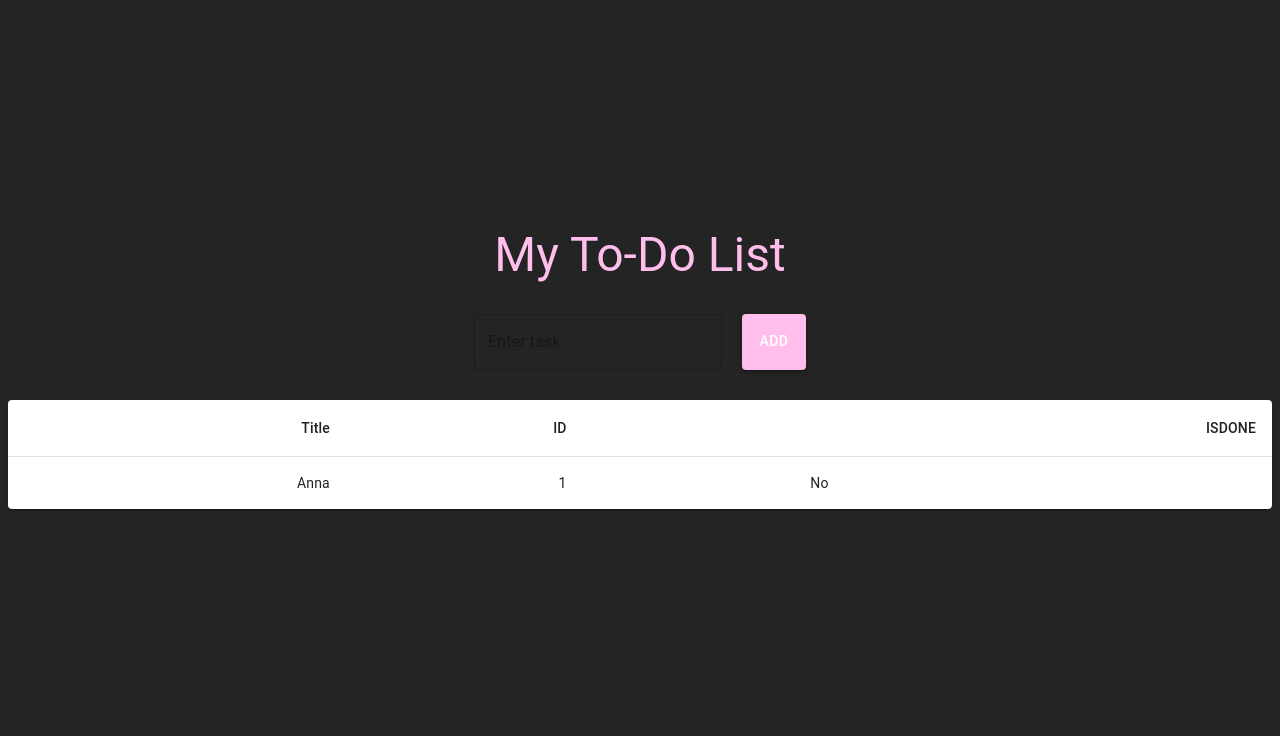
Repository: savannaaaas/ToDo_List
Page: /
These files come from the project's save history. The page is drawn as it stood at one moment and after a run of saves; the edit follows.
The browser window is 1280 px wide. The pictures show the whole page.
The project was rebuilt for these pictures with package versions that can differ from the ones it lists, and the page was loaded fresh each time. Also part of the build but not shown: vite.config.js.

Above is the page before, as saved 2025-08-09 01:17:48.

After the next 2 saves:
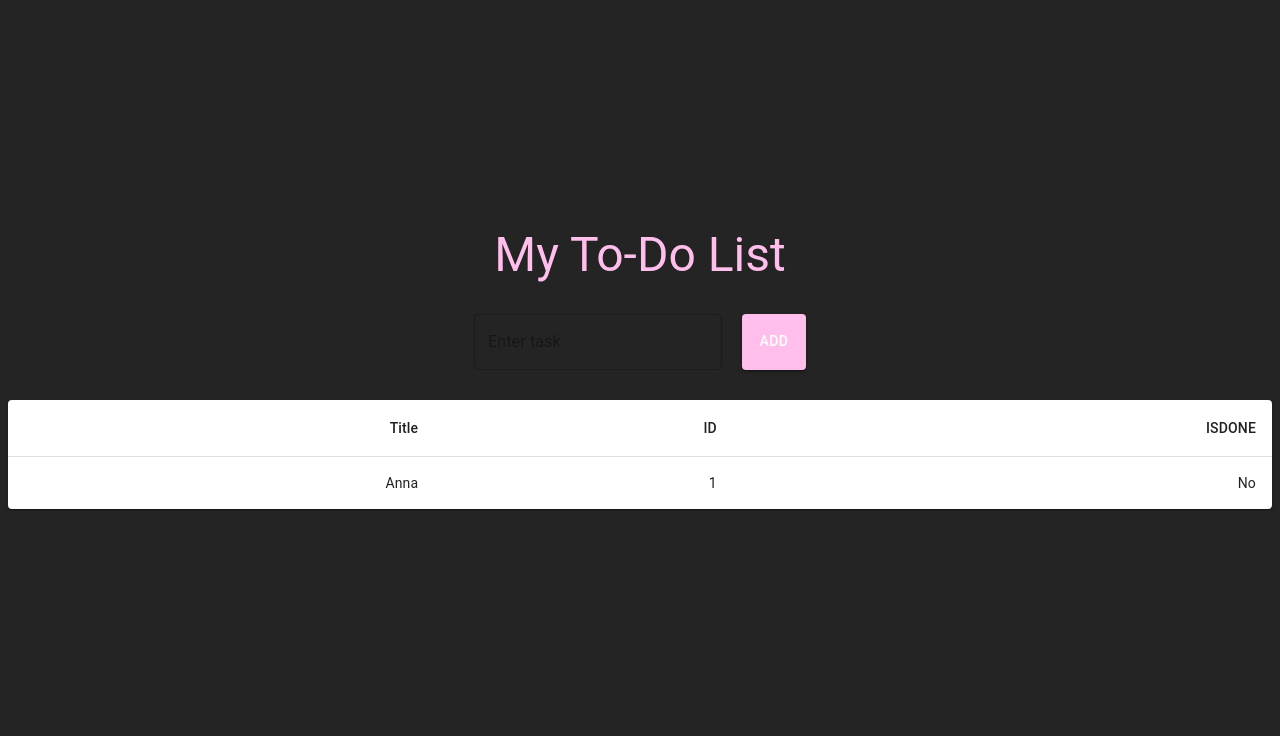
The 2 saves are shown as one change because they came seconds apart.
The last was saved 25 s later.
--- a/src/components/ShowTasks.jsx
+++ b/src/components/ShowTasks.jsx
@@ -18,7 +18,6 @@ export const ShowTasks = () => {
           <TableRow>
             <TableCell align="right">Title</TableCell>
             <TableCell align="right">ID</TableCell>
-            <TableCell align="right"></TableCell>
             <TableCell align="right">ISDONE</TableCell>
           </TableRow>
         </TableHead>
